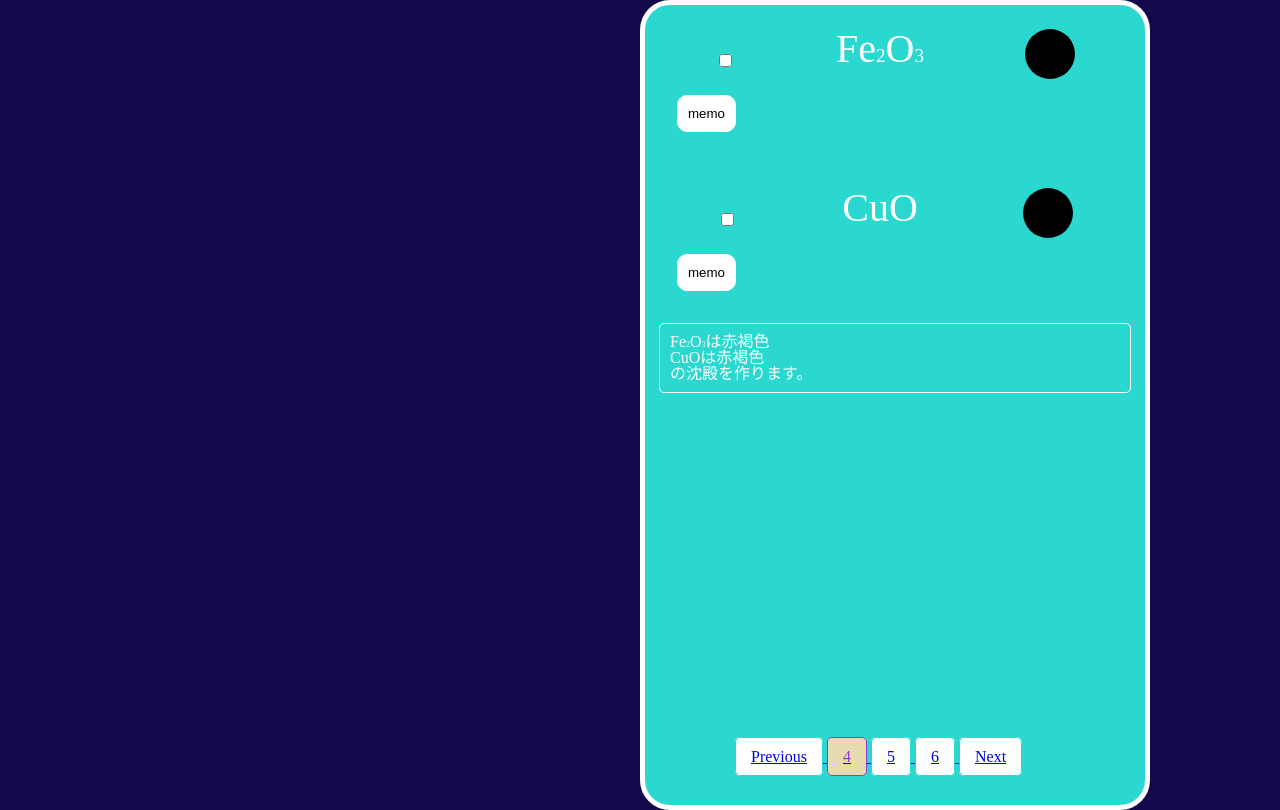
Repository: 1000sky/Inorganic_chemistry_application
Page: http://localhost/index4
The author's editor kept a copy of each file at every save. The page is drawn from the files as they stood at one save, then again after the next save.
The browser window is 1280 px wide. The pictures show the whole page.
After loading, the first visible `#point` was clicked once.
The page is served by the project's Laravel application, run on PHP 8.4 with Laravel 8. Other server files are loaded and not shown.

Above is the page before, as saved 2022-07-17 00:48:31.

### application/routes/web.php
<?php

use Illuminate\Support\Facades\Route;

/*
|--------------------------------------------------------------------------
| Web Routes
|--------------------------------------------------------------------------
|
| Here is where you can register web routes for your application. These
| routes are loaded by the RouteServiceProvider within a group which
| contains the "web" middleware group. Now create something great!
|
*/

Route::get('/home', function () {
    return view('welcome');
});

Route::get('/dashboard', function () {
    return view('dashboard');
})->middleware(['auth'])->name('dashboard');

require __DIR__.'/auth.php';



Route::get('/', function () {
    return view('index');
});

Route::get('/start', function () {
    return view('start');
})->middleware('auth');

Route::get('/explanation', function () {
    return view('explanation');
});

Route::get('/index2', function () {
    return view('index2');
});

Route::get('/index3', function () {
    return view('index3');
});

Route::get('/index4', function () {
    return view('index4');
});

Route::get('/index5', function () {
    return view('index5');
});

Route::get('/index6', function () {
    return view('index6');
});

Route::get('/index7', function () {
    return view('index7');
});

### application/resources/views/index4.blade.php
<!DOCTYPE html>
<html lang="ja">
<head>
    <meta charset="UTF-8">
    <meta name="viewport" content="width=device-width, initial-scale=1.0">
    <meta http-equiv="X-UA-Compatible" content="ie=edge">
    <title>Inorganic_chemistry_application</title>
    <link rel="stylesheet" href="css/reset.css" >
    <link rel="stylesheet" href="css/index.css" />
</head>
<body>
    <div class=card>

        <div class=memorize>
          <input type="checkbox" class=checkbox name="">
          <div class=Chemical-formula>Fe<span>2</span>O<span>3</span></div>
          <div class=circle-reddish-brown></div>
        </div>
        <form>
          <input type="button" class=button name="" value="memo" onClick="setTF(this.form.text1,'visible')">
          <input type="text" name="text1" style="visibility:hidden"><br>
        </form>
        <br>
        <br>


        <div class=memorize>
          <input type="checkbox" class=checkbox name="">
          <div class=Chemical-formula>CuO</div>
          <div class=circle-black></div>

        </div>
        <form>
          <input type="button" class=button name="" value="memo" onClick="setTF(this.form.text1,'visible')">
          <input type="text" name="text1" style="visibility:hidden"><br>
        </form>
        <br>
        <br>

        <div id="point">
            <p id="point-text">POINT</p>
        </div>



     <ul class="page">
       <li><a href="/index3">Previous</li>
       <li class="this">4</li>
       <li><a href="/index5">5</li>
       <li><a href="/index6">6</li>
       <li><a href="/index5">Next</li>
     </ul>




    </div>
    <script language="JavaScript">
        function setTF(fObj,vType)
        {
          fObj.style.visibility = vType;
        };

        document.getElementById("point").onclick = function() {
        document.getElementById("point-text").innerHTML = "Fe<span class=kasuu>2</span>O<span class=kasuu>3</span>は赤褐色<br>CuOは赤褐色<br>の沈殿を作ります。";

        };
    </script>

</body>

### application/public/css/index.css
body {
    background-color: rgb(20, 8, 75);
}

.card {
  position: relative;
  top: 50%;
  left: 50%;
  width: 500px;
  height: 800px;

  background-color: rgb(42, 216, 208);
  border: solid 5px white;
  border-radius: 30px;
}
.checkbox{
    margin-top: 1rem;

}
.memorize{
  padding: 1.5rem 1.2rem 0;
  display: flex;
  justify-content: space-around;
}

.Chemical-formula {
    color: white;
    font-size: 2.5rem;
}

.circle{
  width: 50px;
  height: 50px;
  background: black;
  border-radius: 50%;

}
.circle:hover{
    background-color: white;

}

.button{

    margin: 1rem 0 0 2rem;
    border-radius: 10px;
    border: solid 1px white;
    background-color: white;
    padding: 10px;
}

span {
  font-size: 1.2rem;
}

.point {
   color: white;

   font-size: 2.5rem;
}



.page{

  position: absolute;
  left:18%;
  bottom: 5%;
  text-decoration: none;

}

.page li{
  display: inline;
  padding:10px 15px;
  border:solid 1px ;
  border-radius: 5px ;
  color: rgb(42, 216, 208);
  background-color: white;
  text-decoration: none;


}

.page li a:hover {

  background-color: rgb(255, 231, 51);
  text-decoration: none;
}



.page .this {
  background-color:rgb(231, 219, 177);
  color:rgb(140, 59, 206);
  text-decoration: none;
}

#point {

  margin: 0 auto;
  cursor: pointer;
  width: 450px;
  padding: 10px;
  text-align: center;
  border: 1px solid white;
  border-radius: 5px ;
}

#point-text {
  color: white;
  text-align: left;
}

.ion {
  font-size: 0.5rem;
  vertical-align: top;

}

.hg {
  font-size: 0.5rem;
}


/* 3ページ */
.circle-CuOH{
  width: 50px;
  height: 50px;
  background: black;
  border-radius: 50%;

}
/* 3ページ */
.circle-CuOH:hover {
  background-color: rgb(52, 194, 222);
  border: 1px solid white;

}
/* 3ページ */
.circle-FeOH2{
  width: 50px;
  height: 50px;
  background: black;
  border-radius: 50%;
}
/* 3ページ */
.circle-FeOH2:hover {
  background-color: rgb(164, 213, 164);
  border: 1px solid white;

}
/* 3 4 ページ */
.circle-reddish-brown{
  width: 50px;
  height: 50px;
  background: black;
  border-radius: 50%;
}
/* 3 4ページ */
.circle-reddish-brown:hover {

  border: 1px solid white;
  background: linear-gradient(180deg,rgb(128, 37, 2), rgb(237, 237, 116));

}
/* 3ページ */
.kasuu {
  font-size: 0.5rem;
}

/* 4ページ */
.circle-black {
  width: 50px;
  height: 50px;
  background: black;
  border-radius: 50%;

}
/* 4ページ */
.circle-black:hover {
    background-color: rgb(21, 21, 29);
    border: 2px solid white;

}
/* 7ページ */
.circle-yellow {
  width: 50px;
  height: 50px;
  background: black;
  border-radius: 50%;

}
/* 7ページ */
.circle-yellow:hover {
    background-color: yellow;
    border: 2px solid white;

}

/* 7ページ */

.flame-reaction3{
  display: inline;


}

.circle-Li {

  width: 30px;
  height: 30px;
  background: black;
  border-radius: 50%;
}

.circle-Li:hover {
  background-color: rgb(233, 47, 10);
  border: 2px solid white;

}

.circle-Na {

  width: 30px;
  height: 30px;
  background: black;
  border-radius: 50%;
}

.circle-Na:hover {
  background-color: rgb(222, 193, 48);
  border: 2px solid white;

}

.circle-K {
  width: 30px;
  height: 30px;
  background: black;
  border-radius: 50%;
}

.circle-K:hover {
  background-color: rgb(211, 154, 205);
  border: 2px solid white;

}

.circle-Cu {
  width: 30px;
  height: 30px;
  background: black;
  border-radius: 50%;
}

.circle-Cu:hover {
  background-color: rgb(21, 161, 131);
  border: 2px solid white;

}

.circle-Ca {
  width: 30px;
  height: 30px;
  background: black;
  border-radius: 50%;
}

.circle-Ca:hover {
  background-color: rgb(237, 104, 37);
  border: 2px solid white;

}

.circle-Sr {
  width: 30px;
  height: 30px;
  background: black;
  border-radius: 50%;
}

.circle-Sr:hover {
  background-color: rgb(183, 46, 101);
  border: 2px solid white;

}

.circle-Ba {
  width: 30px;
  height: 30px;
  background: black;
  border-radius: 50%;
}

.circle-Ba:hover {
  background-color: rgb(174, 247, 118);
  border: 2px solid white;

}






#flame-reaction {

  margin: 1rem auto;
  cursor: pointer;
  width: 450px;
  padding: 10px;
  text-align: center;
  border: 1px solid white;
  border-radius: 5px ;


}

#flame-reaction2 {
  color: white;
  text-align: left;
  display: inline;

}

Loaded but not shown: application/routes/auth.php (common file); application/public/css/reset.css (common file)

After the next save:
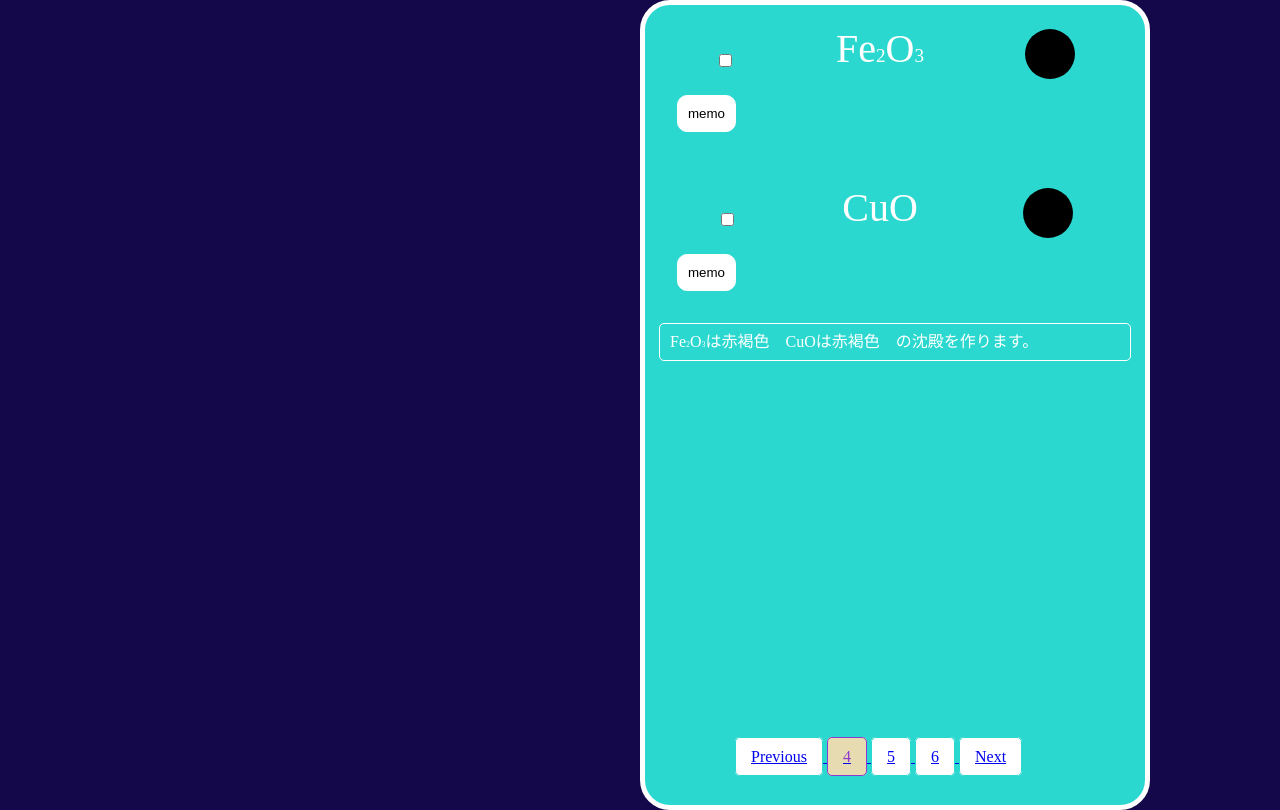
Saved 28 s later.
--- a/application/resources/views/index4.blade.php
+++ b/application/resources/views/index4.blade.php
@@ -62,7 +62,7 @@
         };
 
         document.getElementById("point").onclick = function() {
-        document.getElementById("point-text").innerHTML = "Fe<span class=kasuu>2</span>O<span class=kasuu>3</span>は赤褐色<br>CuOは赤褐色<br>の沈殿を作ります。";
+        document.getElementById("point-text").innerHTML = "Fe<span class=kasuu>2</span>O<span class=kasuu>3</span>は赤褐色　CuOは赤褐色　の沈殿を作ります。";
 
         };
     </script>
